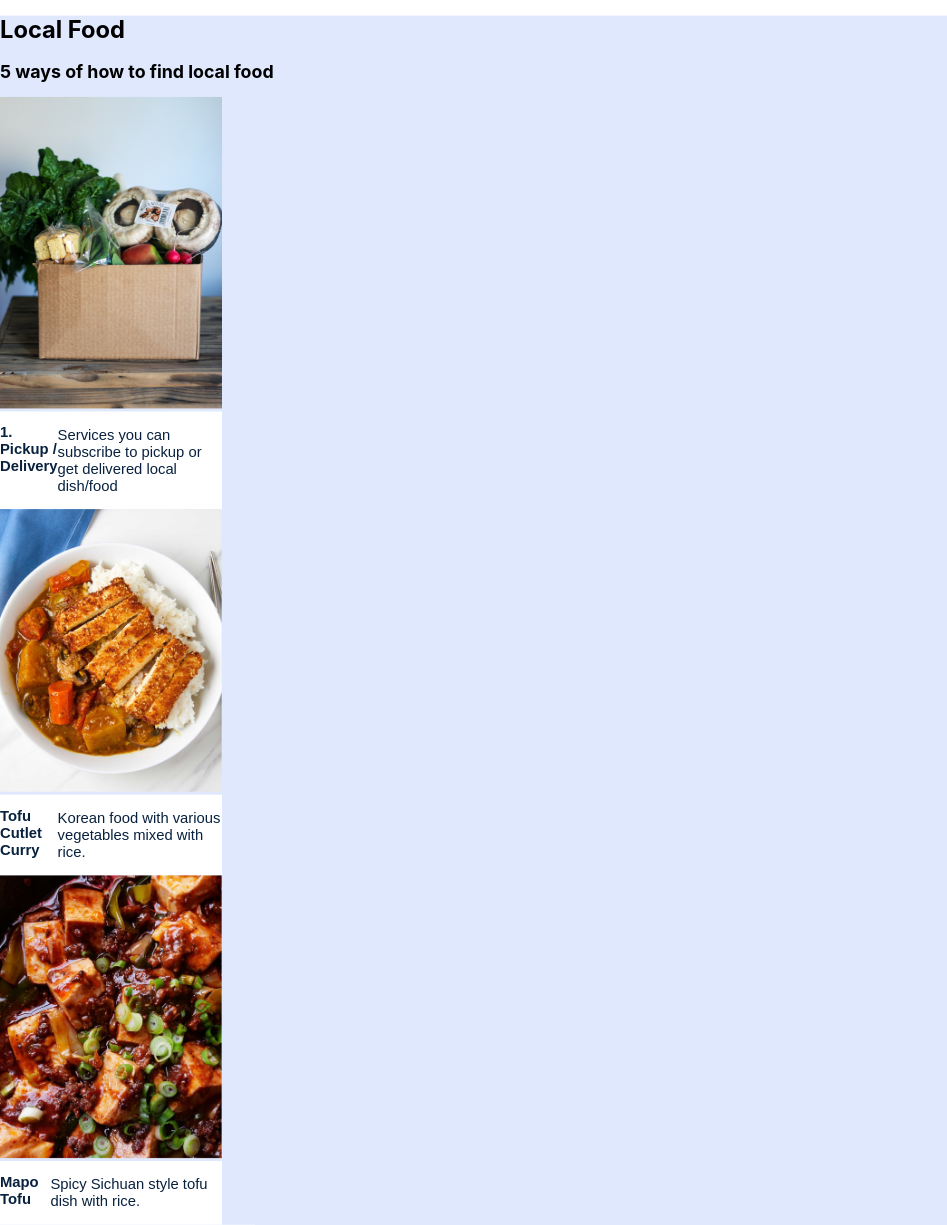
Repository: Kinakopan/design_mindfulEating_site
Page: /localfood (app in firstapp/)
These files come from the project's save history. The page is drawn as it stood at one moment and after the next save; the edit follows.
The browser window is 1280 px wide. The pictures show the whole page, at 74% of full size.
The project was rebuilt for these pictures with package versions that can differ from the ones it lists, and the page was loaded fresh each time. The framework's server and built-in components were replaced by stand-ins that run in the browser. Also part of the build but not shown: firstapp/next.config.js, firstapp/comps/Navbar/index.js.

Above is the page before, as saved 2022-04-21 20:04:43.

### firstapp/pages/localfood.js
import Navbar from "../comps/Navbar";
import LocalCard from "../comps/Localfood/LocalCard";

import styled from 'styled-components';

const StyledRecipes = styled.div`
    background-color:#E0E8FD;
`;

// const BgChange = styled.div`
// background-color:#E0E8FD;
// `;


export default function LocalFood(){
    return (
    <StyledRecipes>
        {/* <BgChange> */}
        <h1>Local Food</h1>
        <h2>5 ways of how to find local food</h2>

            <LocalCard
            img="/localfood/picup.jpg"
            title="1. Pickup / Delivery"
            paragraph="Services you can subscribe to pickup or get delivered local dish/food"
            top="820px"
            />

            <LocalCard
            img="/recipes3.png"
            title="Tofu Cutlet Curry"
            paragraph="Korean food with various vegetables mixed with rice."
            top="1020px"
            />

            <LocalCard
            img="/recipes4.png"
            title="Mapo Tofu"
            paragraph="Spicy Sichuan style tofu dish with rice."
            top="1220px"
            />
        {/* </BgChange> */}

    </StyledRecipes>
    )
}

### firstapp/comps/Localfood/LocalCard.js

import styled from 'styled-components';

const StyledCard = styled.div`
display:flex;
flex-direction:column;
color:${props=>props.text_color};
height:auto;
width:300px;
font-family: 'm plus 1', sans-serif;
border-radius:20px 0px 0px 20px;
`;

const ImgBox = styled.div`
height
`;

const Img = styled.img`
width:100%;
height:auto;
`;

const TxtBox = styled.div`
display:flex;
background:#fff;
`;

const Ttl = styled.h2`
color:${props=>props.text_color};
font-family: 'm plus 1', sans-serif;
font-size:20px;
`;

const Txt = styled.p`
color:${props=>props.text_color};
font-family: 'm plus 1', sans-serif;
font-size:20px;
`;

// const Para = styled(Title)`
// font-size:16px;
// `


export default function LocalCard({
  img="/recipes1.png",
  tcl="#08213E",
  title="1. Pickup / Delivery",
  paragraph="Services you can subscribe to pickup or get delivered local dish/food",
}){

  return <StyledCard text_color={tcl}>
    <ImgBox>
      <Img src={img} />
    </ImgBox>

    <TxtBox>
      <Ttl>{title}</Ttl>
      <Txt>{paragraph}</Txt>
    </TxtBox>

  </StyledCard>

}

Loaded but not shown: firstapp/pages/_app.js (common file); firstapp/styles/globals.css (common file)

After the next save:
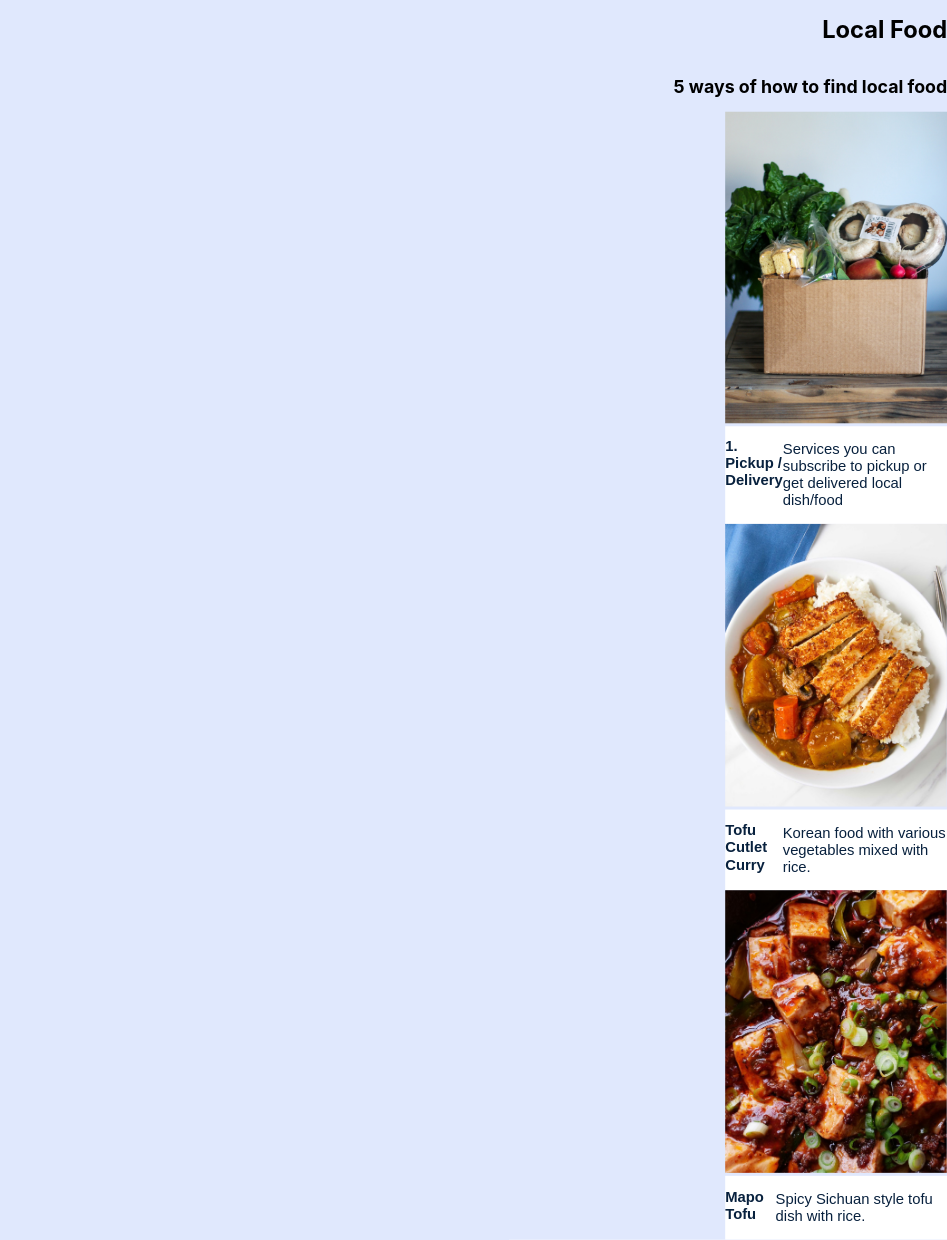
Saved 70 s later.
--- a/firstapp/pages/localfood.js
+++ b/firstapp/pages/localfood.js
@@ -5,6 +5,9 @@ import styled from 'styled-components';
 
 const StyledRecipes = styled.div`
     background-color:#E0E8FD;
+    display:flex;
+    flex-direction:column;
+    align-items:end;
 `;
 
 // const BgChange = styled.div`
@@ -16,6 +19,7 @@ export default function LocalFood(){
     return (
     <StyledRecipes>
         {/* <BgChange> */}
+
         <h1>Local Food</h1>
         <h2>5 ways of how to find local food</h2>
 
@@ -39,8 +43,8 @@ export default function LocalFood(){
             paragraph="Spicy Sichuan style tofu dish with rice."
             top="1220px"
             />
+
         {/* </BgChange> */}
-
     </StyledRecipes>
     )
 }
